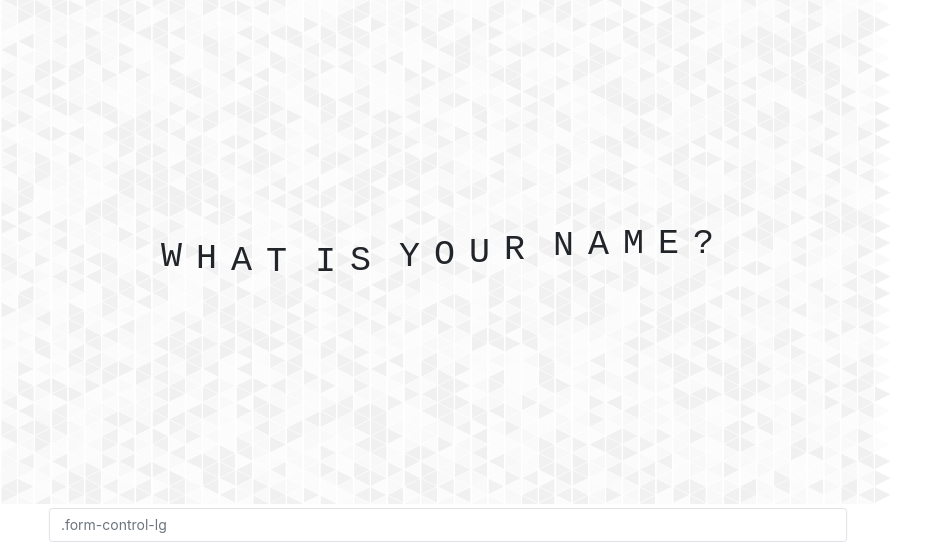
Repository: Aaquib111/Aaquib111.github.io
Page: index.html
These files come from the project's save history. The page is drawn as it stood at one moment and after the next save; the edit follows.
The browser window is 1280 px wide. The page is 1280 px wide, then 1350 px, then 1280 px, so the pictures cover 1350 px, including what lies to the right of the window. The pictures show the whole page, at 70% of full size.

Above is the page before, as saved 2021-05-12 21:22:37.

After the next save:
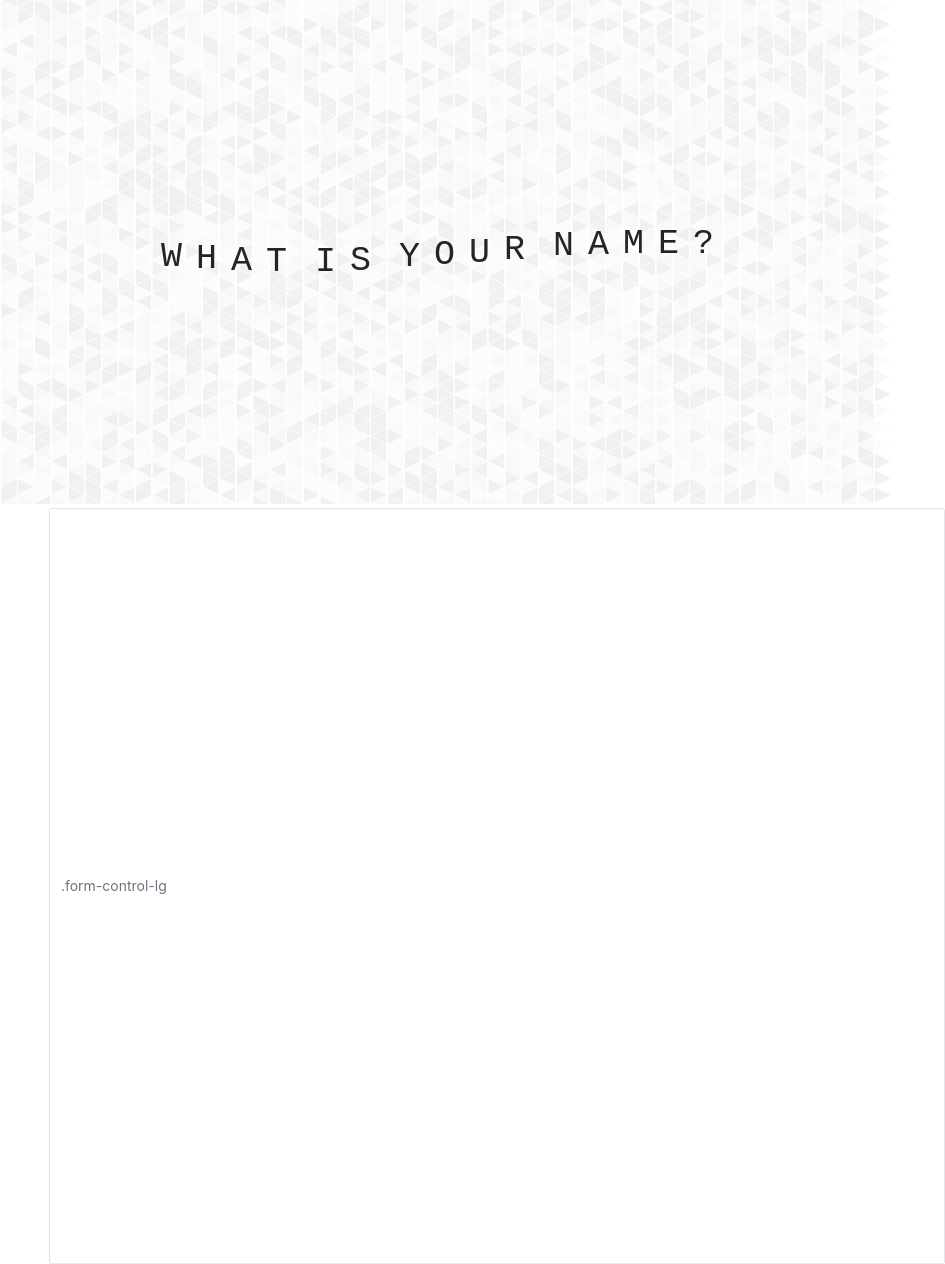
Saved 77 s later.
--- a/css/background.css
+++ b/css/background.css
@@ -24,9 +24,13 @@
   display: flex;
   align-items: center;
   justify-content: center;
-  flex-wrap: wrap;
+
 }
 
+#form-name{
+  height: 150vh;
+  width: 100vw;
+}
 .hoovy{
   font-size: 50px;
   font-family: 'VT323',Monospace,sans-serif;

After the save that followed:
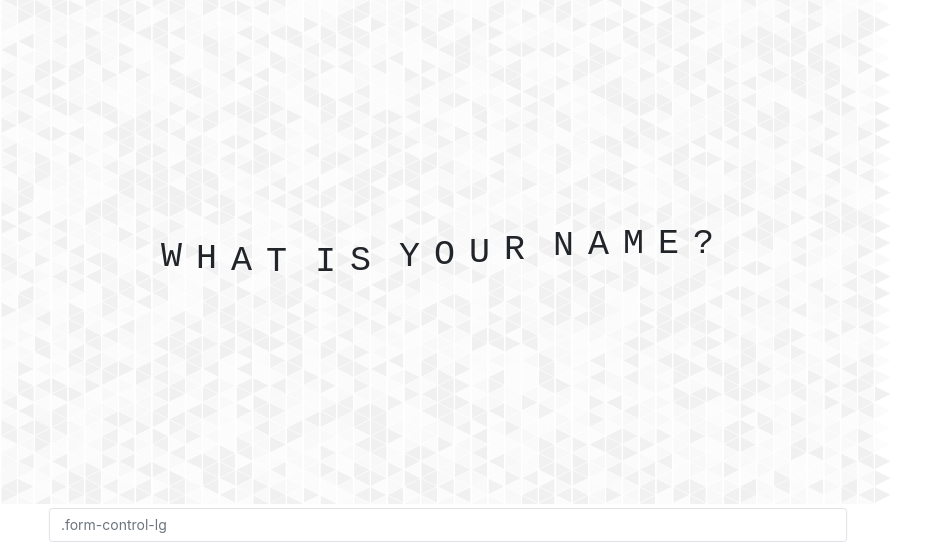
Saved 13 s later.
--- a/css/background.css
+++ b/css/background.css
@@ -28,8 +28,6 @@
 }
 
 #form-name{
-  height: 150vh;
-  width: 100vw;
 }
 .hoovy{
   font-size: 50px;
